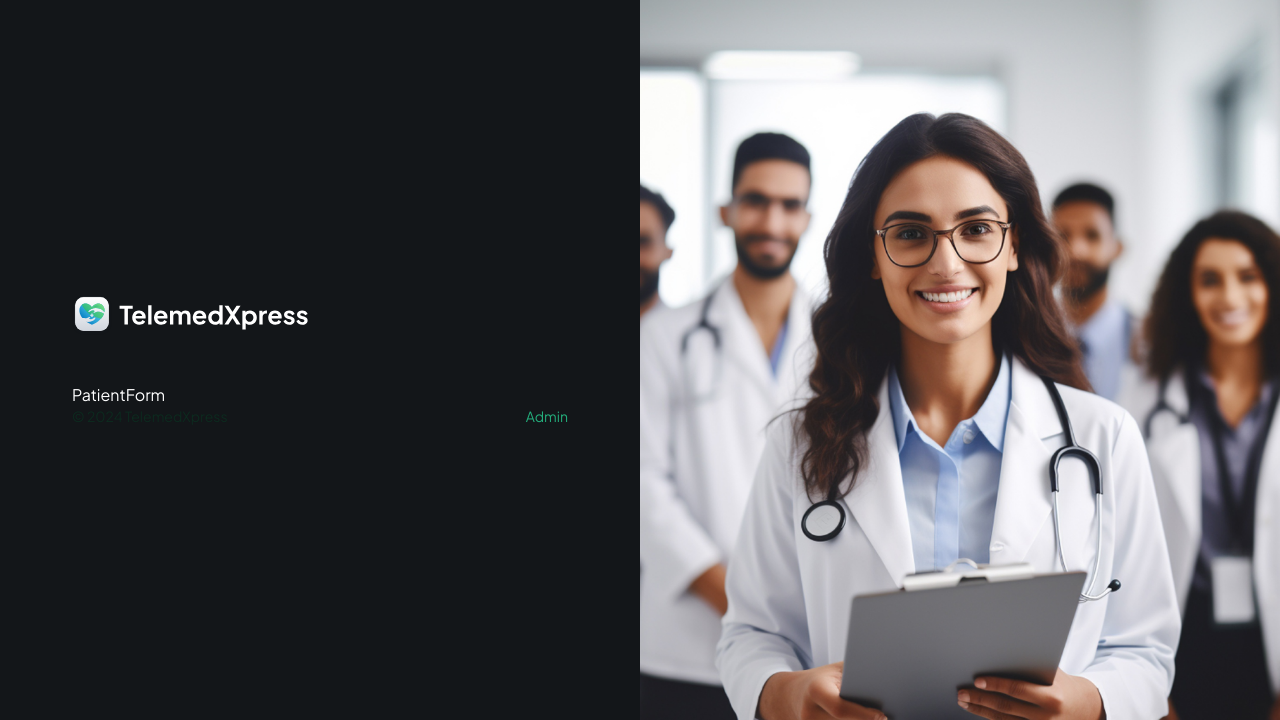
Repository: Carlito-Pedida/telemed
Page: /
These files come from the project's save history. The page is drawn as it stood at one moment and after the next save; the edit follows.
The browser window is 1280 px wide. The pictures show the whole page.
The project was rebuilt for these pictures with package versions that can differ from the ones it lists, and the page was loaded fresh each time. The framework's server and built-in components were replaced by stand-ins that run in the browser. Also part of the build but not shown: next.config.mjs.

Above is the page before, as saved 2024-11-04 16:49:07.

### app/layout.tsx
import type { Metadata } from "next";
import { Plus_Jakarta_Sans } from "next/font/google";
import "./globals.css";
import { cn } from "@/lib/utils";
import { ThemeProvider } from "@/components/theme-provider";

const fontSans = Plus_Jakarta_Sans({
  subsets: ["latin"],
  weight: ["300", "400", "500", "600", "700"],
  variable: "--font-sans"
});

export const metadata: Metadata = {
  title: "TelemedXpress",
  description: "An Online Healthcare Resource"
};

export default function RootLayout({
  children
}: Readonly<{
  children: React.ReactNode;
}>) {
  return (
    <html lang="en">
      <body
        className={cn(
          "min-h-screen bg-dark-300 font-sans antialiased",
          fontSans.variable
        )}
      >
        <ThemeProvider
          attribute="class"
          defaultTheme="dark"
          enableSystem
          disableTransitionOnChange
        >
          {children}
        </ThemeProvider>
      </body>
    </html>
  );
}

### app/page.tsx
import PatientForm from "@/components/forms/PatientForm";
import Image from "next/image";
import Link from "next/link";

export default function Home() {
  return (
    <div className="flex h-screen max-h-screen">
      {/* {TODO: OTP Verification | PasskeyModal} */}
      <section className="remove-scrollbar container my-auto">
        <div className="sub-container max-w-[496px]">
          <Image
            src="/assets/icons/logo-full.svg"
            alt="patient"
            width={1000}
            height={1000}
            className="mb-12 h-10 w-fit"
          />

          <PatientForm />

          <div className="text-14-regular mt--20 flex justify-between">
            <p className="justify-items-end text-green-600 xl:text-left">
              © 2024 TelemedXpress
            </p>
            <Link href="/?admin=true" className="text-green-500">
              Admin
            </Link>
          </div>
        </div>
      </section>

      <Image
        src="/assets/images/onboarding-img.png"
        alt="patient"
        width={1000}
        height={1000}
        className="side-img max-w-[50%]"
      />
    </div>
  );
}

### lib/utils.ts
import { type ClassValue, clsx } from "clsx";
import { twMerge } from "tailwind-merge";

export function cn(...inputs: ClassValue[]) {
  return twMerge(clsx(inputs));
}

export const parseStringify = (value: any) => JSON.parse(JSON.stringify(value));

export const convertFileToUrl = (file: File) => URL.createObjectURL(file);

// FORMAT DATE TIME
export const formatDateTime = (dateString: Date | string) => {
  const dateTimeOptions: Intl.DateTimeFormatOptions = {
    // weekday: "short", // abbreviated weekday name (e.g., 'Mon')
    month: "short", // abbreviated month name (e.g., 'Oct')
    day: "numeric", // numeric day of the month (e.g., '25')
    year: "numeric", // numeric year (e.g., '2023')
    hour: "numeric", // numeric hour (e.g., '8')
    minute: "numeric", // numeric minute (e.g., '30')
    hour12: true // use 12-hour clock (true) or 24-hour clock (false)
  };

  const dateDayOptions: Intl.DateTimeFormatOptions = {
    weekday: "short", // abbreviated weekday name (e.g., 'Mon')
    year: "numeric", // numeric year (e.g., '2023')
    month: "2-digit", // abbreviated month name (e.g., 'Oct')
    day: "2-digit" // numeric day of the month (e.g., '25')
  };

  const dateOptions: Intl.DateTimeFormatOptions = {
    month: "short", // abbreviated month name (e.g., 'Oct')
    year: "numeric", // numeric year (e.g., '2023')
    day: "numeric" // numeric day of the month (e.g., '25')
  };

  const timeOptions: Intl.DateTimeFormatOptions = {
    hour: "numeric", // numeric hour (e.g., '8')
    minute: "numeric", // numeric minute (e.g., '30')
    hour12: true // use 12-hour clock (true) or 24-hour clock (false)
  };

  const formattedDateTime: string = new Date(dateString).toLocaleString(
    "en-US",
    dateTimeOptions
  );

  const formattedDateDay: string = new Date(dateString).toLocaleString(
    "en-US",
    dateDayOptions
  );

  const formattedDate: string = new Date(dateString).toLocaleString(
    "en-US",
    dateOptions
  );

  const formattedTime: string = new Date(dateString).toLocaleString(
    "en-US",
    timeOptions
  );

  return {
    dateTime: formattedDateTime,
    dateDay: formattedDateDay,
    dateOnly: formattedDate,
    timeOnly: formattedTime
  };
};

export function encryptKey(passkey: string) {
  return btoa(passkey);
}

export function decryptKey(passkey: string) {
  return atob(passkey);
}

### components/forms/PatientForm.tsx
"use client";

import { zodResolver } from "@hookform/resolvers/zod";
import { useForm } from "react-hook-form";
import { z } from "zod";

import { Button } from "@/components/ui/button";
import {
  Form,
  FormControl,
  FormDescription,
  FormField,
  FormItem,
  FormLabel,
  FormMessage
} from "@/components/ui/form";
import { Input } from "@/components/ui/input";

const formSchema = z.object({
  username: z.string().min(2).max(50)
});

const PatientForm = () => {
  // 1. Define your form.
  const form = useForm<z.infer<typeof formSchema>>({
    resolver: zodResolver(formSchema),
    defaultValues: {
      username: ""
    }
  });

  // 2. Define a submit handler.
  function onSubmit(values: z.infer<typeof formSchema>) {
    // Do something with the form values.
    // ✅ This will be type-safe and validated.
    console.log(values);
  }
  return <div>PatientForm</div>;
};

export default PatientForm;

### tailwind.config.ts
import type { Config } from "tailwindcss";

const { fontFamily } = require("tailwindcss/defaultTheme");

const config = {
  darkMode: ["class"],
  content: [
    "./pages/**/*.{ts,tsx}",
    "./components/**/*.{ts,tsx}",
    "./app/**/*.{ts,tsx}",
    "./src/**/*.{ts,tsx}"
  ],
  prefix: "",
  theme: {
    container: {
      center: true,
      padding: "2rem",
      screens: {
        "2xl": "1400px"
      }
    },
    extend: {
      colors: {
        green: {
          500: "#24AE7C",
          600: "#0D2A1F"
        },
        blue: {
          500: "#79B5EC",
          600: "#152432"
        },
        red: {
          500: "#F37877",
          600: "#3E1716",
          700: "#F24E43"
        },
        light: {
          200: "#E8E9E9"
        },
        dark: {
          200: "#0D0F10",
          300: "#131619",
          400: "#1A1D21",
          500: "#363A3D",
          600: "#76828D",
          700: "#ABB8C4"
        }
      },
      fontFamily: {
        sans: ["var(--font-sans)", ...fontFamily.sans]
      },
      backgroundImage: {
        appointments: "url('/assets/images/appointments-bg.png')",
        pending: "url('/assets/images/pending-bg.png')",
        cancelled: "url('/assets/images/cancelled-bg.png')"
      },
      keyframes: {
        "accordion-down": {
          from: { height: "0" },
          to: { height: "var(--radix-accordion-content-height)" }
        },
        "accordion-up": {
          from: { height: "var(--radix-accordion-content-height)" },
          to: { height: "0" }
        },
        "caret-blink": {
          "0%,70%,100%": { opacity: "1" },
          "20%,50%": { opacity: "0" }
        }
      },
      animation: {
        "accordion-down": "accordion-down 0.2s ease-out",
        "accordion-up": "accordion-up 0.2s ease-out",
        "caret-blink": "caret-blink 1.25s ease-out infinite"
      }
    }
  },
  plugins: [require("tailwindcss-animate")]
} satisfies Config;

export default config;

### components/ui/button.tsx
import * as React from "react"
import { Slot } from "@radix-ui/react-slot"
import { cva, type VariantProps } from "class-variance-authority"

import { cn } from "@/lib/utils"

const buttonVariants = cva(
  "inline-flex items-center justify-center gap-2 whitespace-nowrap rounded-md text-sm font-medium ring-offset-background transition-colors focus-visible:outline-none focus-visible:ring-2 focus-visible:ring-ring focus-visible:ring-offset-2 disabled:pointer-events-none disabled:opacity-50 [&_svg]:pointer-events-none [&_svg]:size-4 [&_svg]:shrink-0",
  {
    variants: {
      variant: {
        default:
          "bg-primary text-primary-foreground shadow hover:bg-primary/90",
        destructive:
          "bg-destructive text-destructive-foreground shadow-sm hover:bg-destructive/90",
        outline:
          "border border-input bg-background shadow-sm hover:bg-accent hover:text-accent-foreground",
        secondary:
          "bg-secondary text-secondary-foreground shadow-sm hover:bg-secondary/80",
        ghost: "hover:bg-accent hover:text-accent-foreground",
        link: "text-primary underline-offset-4 hover:underline",
      },
      size: {
        default: "h-9 px-4 py-2",
        sm: "h-8 rounded-md px-3 text-xs",
        lg: "h-10 rounded-md px-8",
        icon: "h-9 w-9",
      },
    },
    defaultVariants: {
      variant: "default",
      size: "default",
    },
  }
)

export interface ButtonProps
  extends React.ButtonHTMLAttributes<HTMLButtonElement>,
    VariantProps<typeof buttonVariants> {
  asChild?: boolean
}

const Button = React.forwardRef<HTMLButtonElement, ButtonProps>(
  ({ className, variant, size, asChild = false, ...props }, ref) => {
    const Comp = asChild ? Slot : "button"
    return (
      <Comp
        className={cn(buttonVariants({ variant, size, className }))}
        ref={ref}
        {...props}
      />
    )
  }
)
Button.displayName = "Button"

export { Button, buttonVariants }

### components/ui/form.tsx
"use client"

import * as React from "react"
import * as LabelPrimitive from "@radix-ui/react-label"
import { Slot } from "@radix-ui/react-slot"
import {
  Controller,
  ControllerProps,
  FieldPath,
  FieldValues,
  FormProvider,
  useFormContext,
} from "react-hook-form"

import { cn } from "@/lib/utils"
import { Label } from "@/components/ui/label"

const Form = FormProvider

type FormFieldContextValue<
  TFieldValues extends FieldValues = FieldValues,
  TName extends FieldPath<TFieldValues> = FieldPath<TFieldValues>
> = {
  name: TName
}

const FormFieldContext = React.createContext<FormFieldContextValue>(
  {} as FormFieldContextValue
)

const FormField = <
  TFieldValues extends FieldValues = FieldValues,
  TName extends FieldPath<TFieldValues> = FieldPath<TFieldValues>
>({
  ...props
}: ControllerProps<TFieldValues, TName>) => {
  return (
    <FormFieldContext.Provider value={{ name: props.name }}>
      <Controller {...props} />
    </FormFieldContext.Provider>
  )
}

const useFormField = () => {
  const fieldContext = React.useContext(FormFieldContext)
  const itemContext = React.useContext(FormItemContext)
  const { getFieldState, formState } = useFormContext()

  const fieldState = getFieldState(fieldContext.name, formState)

  if (!fieldContext) {
    throw new Error("useFormField should be used within <FormField>")
  }

  const { id } = itemContext

  return {
    id,
    name: fieldContext.name,
    formItemId: `${id}-form-item`,
    formDescriptionId: `${id}-form-item-description`,
    formMessageId: `${id}-form-item-message`,
    ...fieldState,
  }
}

type FormItemContextValue = {
  id: string
}

const FormItemContext = React.createContext<FormItemContextValue>(
  {} as FormItemContextValue
)

const FormItem = React.forwardRef<
  HTMLDivElement,
  React.HTMLAttributes<HTMLDivElement>
>(({ className, ...props }, ref) => {
  const id = React.useId()

  return (
    <FormItemContext.Provider value={{ id }}>
      <div ref={ref} className={cn("space-y-2", className)} {...props} />
    </FormItemContext.Provider>
  )
})
FormItem.displayName = "FormItem"

const FormLabel = React.forwardRef<
  React.ElementRef<typeof LabelPrimitive.Root>,
  React.ComponentPropsWithoutRef<typeof LabelPrimitive.Root>
>(({ className, ...props }, ref) => {
  const { error, formItemId } = useFormField()

  return (
    <Label
      ref={ref}
      className={cn(error && "text-destructive", className)}
      htmlFor={formItemId}
      {...props}
    />
  )
})
FormLabel.displayName = "FormLabel"

const FormControl = React.forwardRef<
  React.ElementRef<typeof Slot>,
  React.ComponentPropsWithoutRef<typeof Slot>
>(({ ...props }, ref) => {
  const { error, formItemId, formDescriptionId, formMessageId } = useFormField()

  return (
    <Slot
      ref={ref}
      id={formItemId}
      aria-describedby={
        !error
          ? `${formDescriptionId}`
          : `${formDescriptionId} ${formMessageId}`
      }
      aria-invalid={!!error}
      {...props}
    />
  )
})
FormControl.displayName = "FormControl"

const FormDescription = React.forwardRef<
  HTMLParagraphElement,
  React.HTMLAttributes<HTMLParagraphElement>
>(({ className, ...props }, ref) => {
  const { formDescriptionId } = useFormField()

  return (
    <p
      ref={ref}
      id={formDescriptionId}
      className={cn("text-[0.8rem] text-muted-foreground", className)}
      {...props}
    />
  )
})
FormDescription.displayName = "FormDescription"

const FormMessage = React.forwardRef<
  HTMLParagraphElement,
  React.HTMLAttributes<HTMLParagraphElement>
>(({ className, children, ...props }, ref) => {
  const { error, formMessageId } = useFormField()
  const body = error ? String(error?.message) : children

  if (!body) {
    return null
  }

  return (
    <p
      ref={ref}
      id={formMessageId}
      className={cn("text-[0.8rem] font-medium text-destructive", className)}
      {...props}
    >
      {body}
    </p>
  )
})
FormMessage.displayName = "FormMessage"

export {
  useFormField,
  Form,
  FormItem,
  FormLabel,
  FormControl,
  FormDescription,
  FormMessage,
  FormField,
}

### components/ui/input.tsx
import * as React from "react"

import { cn } from "@/lib/utils"

export interface InputProps
  extends React.InputHTMLAttributes<HTMLInputElement> {}

const Input = React.forwardRef<HTMLInputElement, InputProps>(
  ({ className, type, ...props }, ref) => {
    return (
      <input
        type={type}
        className={cn(
          "flex h-9 w-full rounded-md border border-input bg-transparent px-3 py-1 text-sm shadow-sm transition-colors file:border-0 file:bg-transparent file:text-sm file:font-medium file:text-foreground placeholder:text-muted-foreground focus-visible:outline-none focus-visible:ring-1 focus-visible:ring-ring disabled:cursor-not-allowed disabled:opacity-50",
          className
        )}
        ref={ref}
        {...props}
      />
    )
  }
)
Input.displayName = "Input"

export { Input }

### components/ui/label.tsx
"use client"

import * as React from "react"
import * as LabelPrimitive from "@radix-ui/react-label"
import { cva, type VariantProps } from "class-variance-authority"

import { cn } from "@/lib/utils"

const labelVariants = cva(
  "text-sm font-medium leading-none peer-disabled:cursor-not-allowed peer-disabled:opacity-70"
)

const Label = React.forwardRef<
  React.ElementRef<typeof LabelPrimitive.Root>,
  React.ComponentPropsWithoutRef<typeof LabelPrimitive.Root> &
    VariantProps<typeof labelVariants>
>(({ className, ...props }, ref) => (
  <LabelPrimitive.Root
    ref={ref}
    className={cn(labelVariants(), className)}
    {...props}
  />
))
Label.displayName = LabelPrimitive.Root.displayName

export { Label }

Loaded but not shown: app/globals.css (common file); components/theme-provider.tsx (common file)

After the next save:
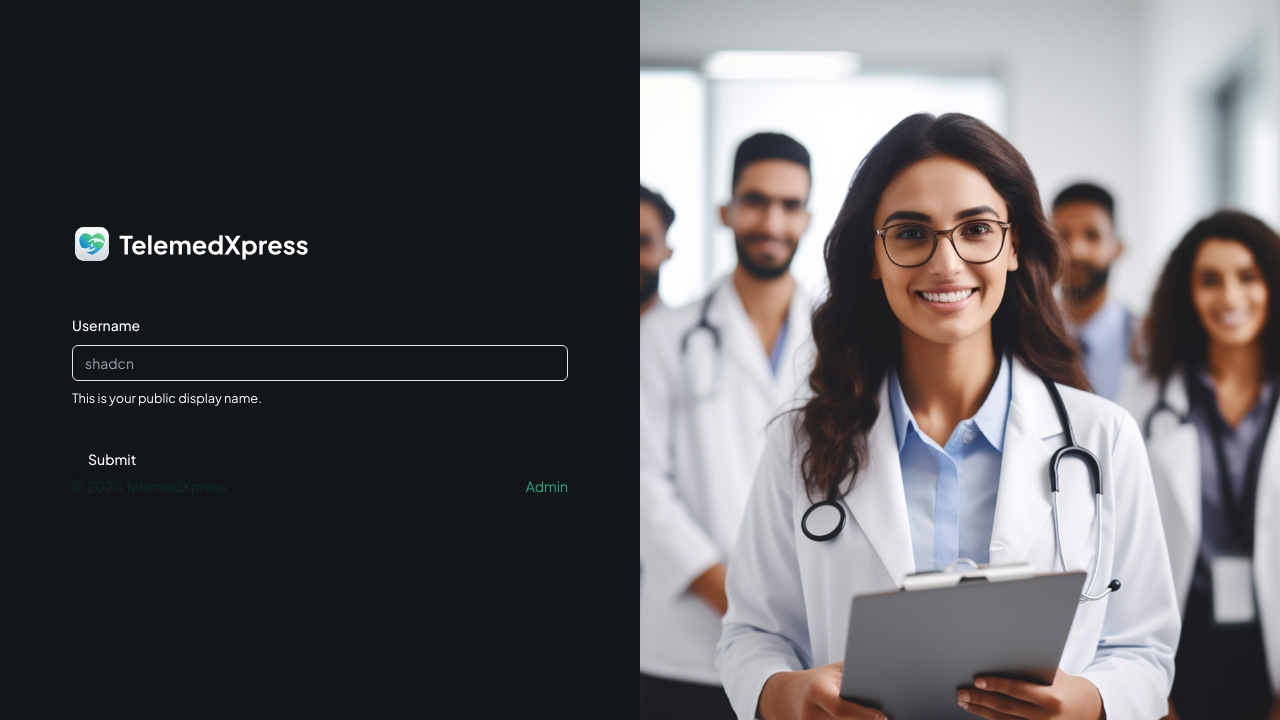
Saved 29 s later.
--- a/components/forms/PatientForm.tsx
+++ b/components/forms/PatientForm.tsx
@@ -35,7 +35,31 @@ const PatientForm = () => {
     // ✅ This will be type-safe and validated.
     console.log(values);
   }
-  return <div>PatientForm</div>;
+  return (
+    <div>
+      <Form {...form}>
+        <form onSubmit={form.handleSubmit(onSubmit)} className="space-y-8">
+          <FormField
+            control={form.control}
+            name="username"
+            render={({ field }) => (
+              <FormItem>
+                <FormLabel>Username</FormLabel>
+                <FormControl>
+                  <Input placeholder="shadcn" {...field} />
+                </FormControl>
+                <FormDescription>
+                  This is your public display name.
+                </FormDescription>
+                <FormMessage />
+              </FormItem>
+            )}
+          />
+          <Button type="submit">Submit</Button>
+        </form>
+      </Form>
+    </div>
+  );
 };
 
 export default PatientForm;
